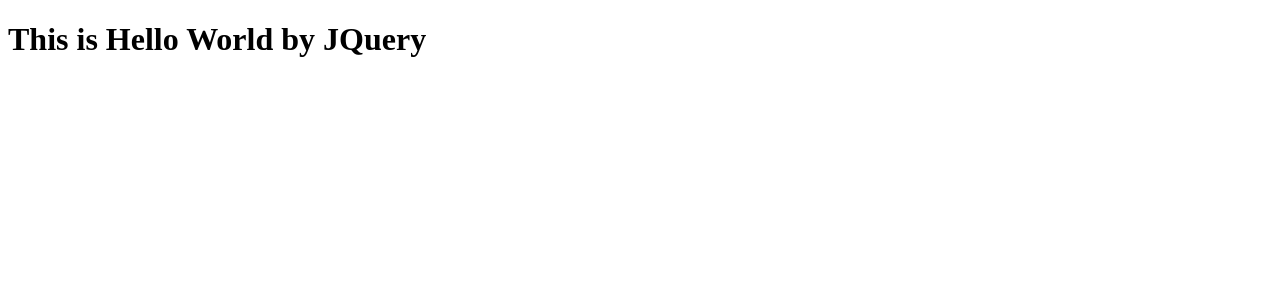
Repository: mep47/GerontechnologyOntology
Page: OntoWeb/WebContent/pages/TreeView.html
An editor plug-in stored every save of this project. The page is shown before and after the next save, followed by the edit.
The browser window is 1280 px wide. The pictures show the whole page.

Above is the page before, as saved 2014-06-21 13:06:50.

### OntoWeb/WebContent/pages/TreeView.html
<?xml version='1.0' encoding='UTF-8' ?>
<!DOCTYPE html PUBLIC "-//W3C//DTD XHTML 1.0 Transitional//EN" "http://www.w3.org/TR/xhtml1/DTD/xhtml1-transitional.dtd">
<html xmlns="http://www.w3.org/1999/xhtml"
      xmlns:ui="http://java.sun.com/jsf/facelets"
      xmlns:jsf="http://xmlns.jcp.org/jsf"
      xmlns:p="http://xmlns.jcp.org/jsf/passthrough"
      xmlns:h="http://java.sun.com/jsf/html">

<head>
<title>jQuery Hello World</title>

<script type="text/javascript" src="js/jquery.js"></script>

</head>

<body>

<script type="text/javascript">

$(document).ready(function(){
 $("#msgid").html("<h1>This is Hello World by JQuery</h1>");
});

</script>

<div id="msgid">
</div>

<div id="tree1"></div>

</body>
</html>

Loaded but not shown: OntoWeb/WebContent/js/jquery.js (library)

After the next save:
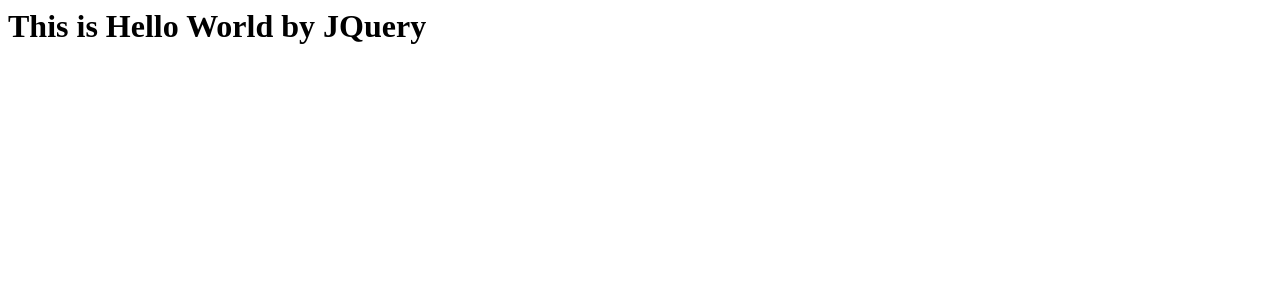
Saved 82 s later.
--- a/OntoWeb/WebContent/pages/TreeView.html
+++ b/OntoWeb/WebContent/pages/TreeView.html
@@ -1,11 +1,4 @@
-<?xml version='1.0' encoding='UTF-8' ?>
-<!DOCTYPE html PUBLIC "-//W3C//DTD XHTML 1.0 Transitional//EN" "http://www.w3.org/TR/xhtml1/DTD/xhtml1-transitional.dtd">
-<html xmlns="http://www.w3.org/1999/xhtml"
-      xmlns:ui="http://java.sun.com/jsf/facelets"
-      xmlns:jsf="http://xmlns.jcp.org/jsf"
-      xmlns:p="http://xmlns.jcp.org/jsf/passthrough"
-      xmlns:h="http://java.sun.com/jsf/html">
-
+<html>
 <head>
 <title>jQuery Hello World</title>
 
